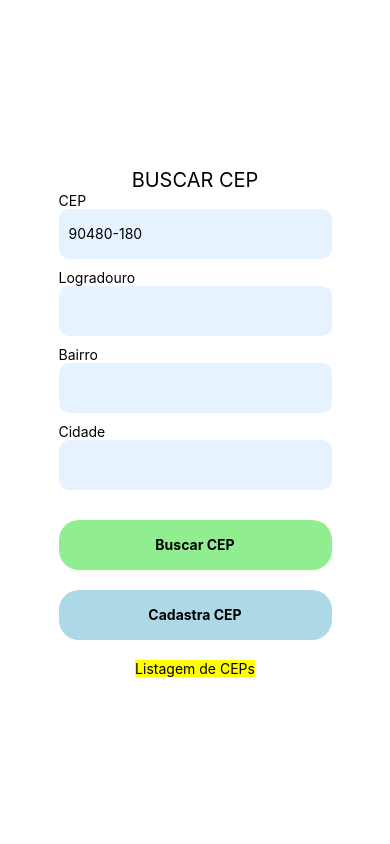
Repository: GustavoMSevero/registerCep
Screen: /Ceps
These files come from the project's save history. The screen is drawn as it stood at one moment and after the next save; the edit follows.
The app was drawn by React Native's web renderer in a window 390 px wide. The project was rebuilt for these pictures with package versions that can differ from the ones it lists, and the page was loaded fresh each time.

Above is the screen before, as saved 2024-09-19 16:51:54.

After the next save:
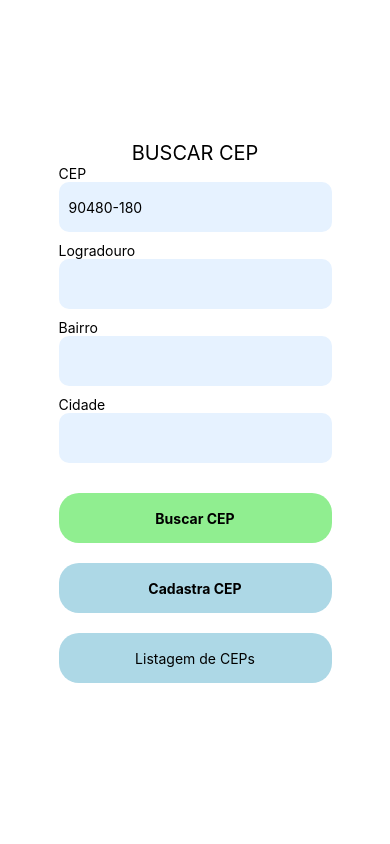
Saved 24 s later.
--- a/App.js
+++ b/App.js
@@ -160,7 +160,13 @@ const styles = StyleSheet.create({
     fontWeight: "bold",
   },
   buttonListagem: {
-     backgroundColor: "yellow"
+    backgroundColor: "lightblue",
+    width: "70%",
+    alignItems: "center",
+    justifyContent: "center",
+    height: 50,
+    borderRadius: 20,
+    marginBottom: 20,
   },
   textButtonListagem: {
 
